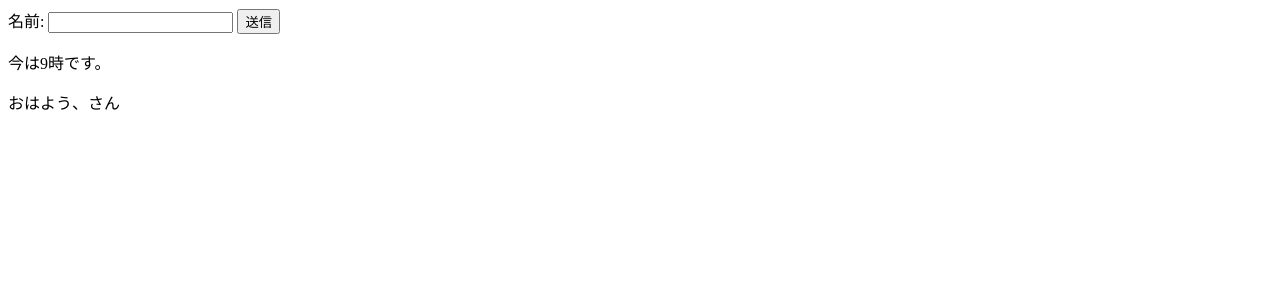
Repository: dishikawa116/monolist
Page: http://localhost/test.php
The author's editor kept a record of every edit. The page is drawn from the files as they stood at one moment, then again after the next edit.
The browser window is 1280 px wide. The pictures show the whole page.
The page is run by PHP 8.4 with error messages shown; the project is at /var/www/html/.

Above is the page before.

After the next edit:
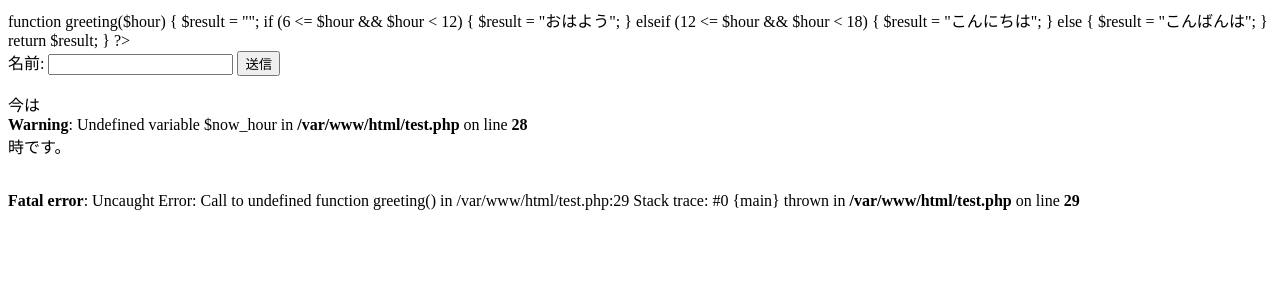
The edit:
--- a/test.php
+++ b/test.php
@@ -1,7 +1,3 @@
-<?php
-    date_default_timezone_set('Asia/Tokyo');
-    $now_hour =  (int)date("H");
-
     function greeting($hour) {
         $result = "";
 
